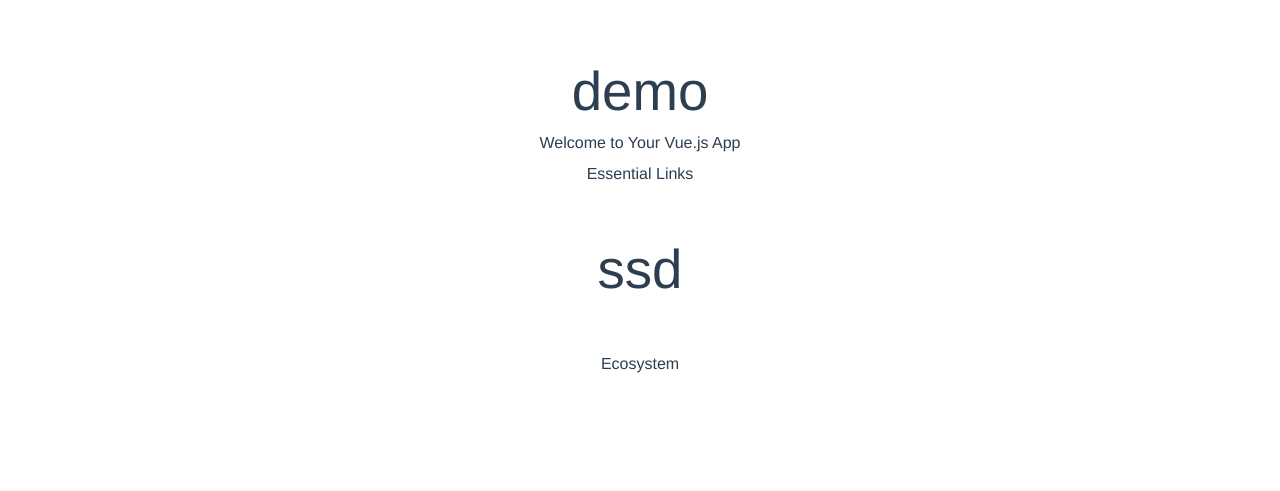
Repository: rechard-work/h5-app-communication
Page: /
These files come from the project's save history. The page is drawn as it stood at one moment and after the next save; the edit follows.
The browser window is 1280 px wide. The pictures show the whole page.
The project was rebuilt for these pictures with package versions that can differ from the ones it lists, and the page was loaded fresh each time.

Above is the page before, as saved 2020-07-10 17:38:11.

After the next save:
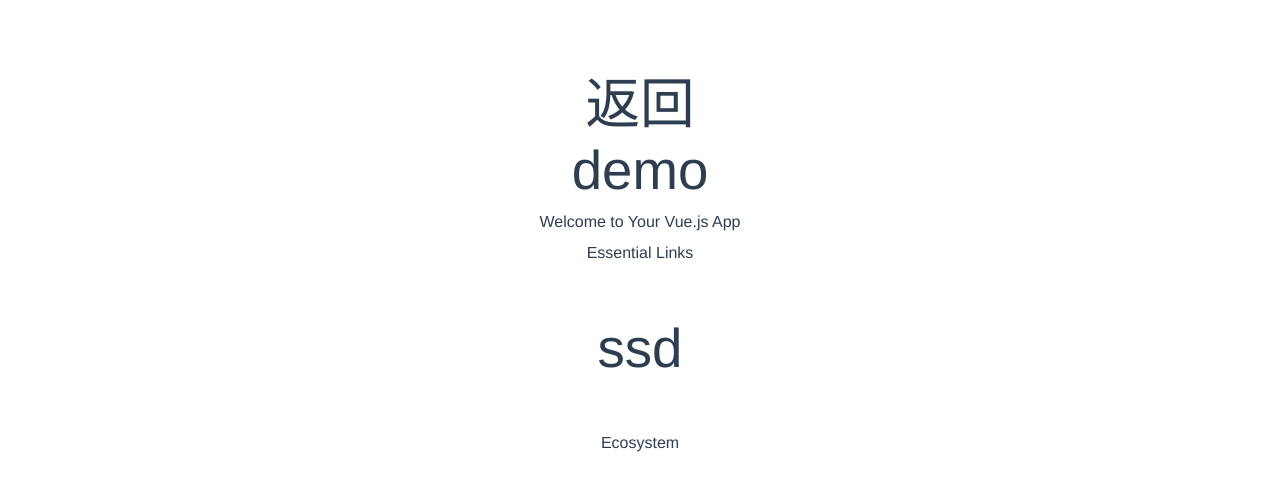
Saved 35 s later.
--- a/src/components/HelloWorld.vue
+++ b/src/components/HelloWorld.vue
@@ -1,7 +1,7 @@
 <template>
   <div class="hello">
     <van-nav-bar>
-    <div class="left-item" slot="left" v-show="showBack">
+    <div class="left-item" slot="left">
       <i class="icon-back"/>
       <span>返回</span>
     </div>
@@ -35,9 +35,7 @@
     // js调用app ==================================
     callAPP () {
       let param = {} // JS给APP传得参数
-      debugger
       this.$bridge.callHandler('MSGetNativeInfo', param, res => {
-        debugger
         alert('获取app响应数据:' + res)
       })
     },
@@ -45,7 +43,6 @@
     // app调用js的方法 appCallJS, 需要注册
     appCall () {
       this.$bridge.registerHandler('appCallJS', (datas, responseCallback) => {
-        debugger
         alert('showStationList' + datas)
       })
     }
